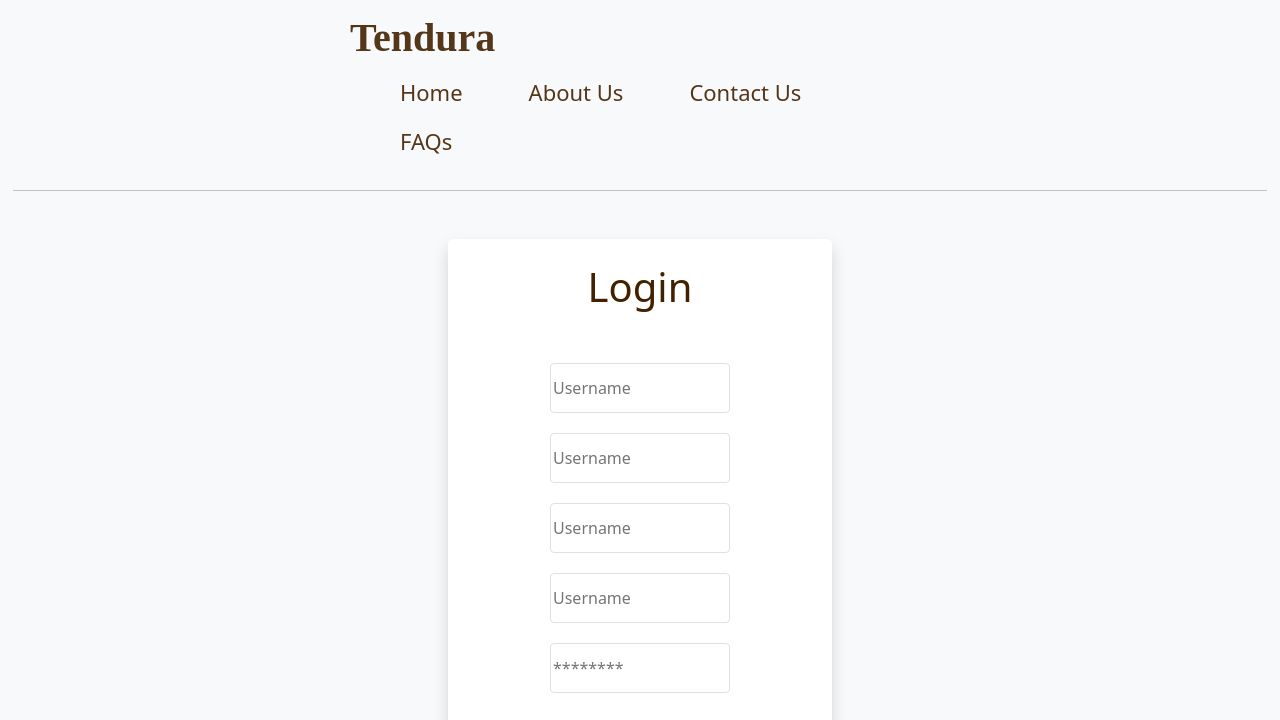
Repository: Starboy117/OOP-Project
Page: http://localhost/Online_Hotel_Reservation_System/Register.jsp
The author's editor kept a copy of each file at every save. The page is drawn from the files as they stood at one save, then again after the next save.
The browser window is 1280 px wide. The pictures show the whole page.
An inner scrolling area shows only its first screen. The page is served by Tomcat 9.

Above is the page before, as saved 2025-05-04 14:09:11.

After the next save:
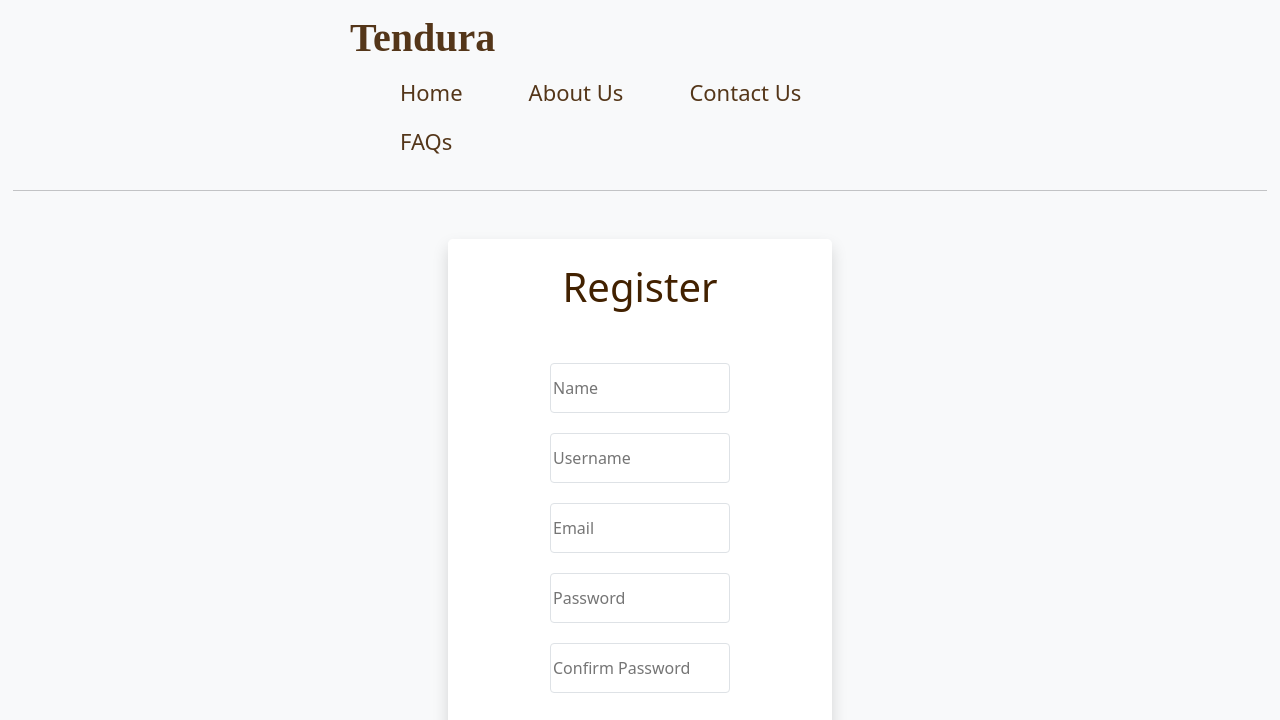
Saved 34 min 59 s later.
--- a/Online_Hotel_Reservation_System/src/main/webapp/Register.jsp
+++ b/Online_Hotel_Reservation_System/src/main/webapp/Register.jsp
@@ -39,19 +39,19 @@
       <hr style="width: 98%; border: 2px #422100;" class="mb-5">
     </center>
 
-    <form class="d-flex justify-content-center align-items-center vh-100">
+    <form class="d-flex justify-content-center align-items-center vh-100" method="post" action="#">
         <div class="container custom shadow bg-white rounded-3">
-            <h1 class="p-4 text-brown">Login</h1>
+            <h1 class="p-4 text-brown">Register</h1>
             <div>
+                <input class="input1 border rounded" type="text" placeholder="Name"><br>
                 <input class="input1 border rounded" type="text" placeholder="Username"><br>
-                <input class="input1 border rounded" type="text" placeholder="Username"><br>
-                <input class="input1 border rounded" type="text" placeholder="Username"><br>
-                <input class="input1 border rounded" type="text" placeholder="Username"><br>
-                <input class="input1 border rounded" type="password" placeholder="********"><br>
+                <input class="input1 border rounded" type="text" placeholder="Email"><br>
+                <input class="input1 border rounded" type="text" placeholder="Password"><br>
+                <input class="input1 border rounded" type="password" placeholder="Confirm Password"><br>
                 <inout type="submit"  class="m-5 btn-brown btn-lg" value="Register"><br>
 
             </div>
-            <p class="pb-5">Don't have an account? <a>Register</a></p>
+            <p class="pb-5">Already have an account? <a href="Login.jsp">Login</a></p>
 
         </div>
     </form>
